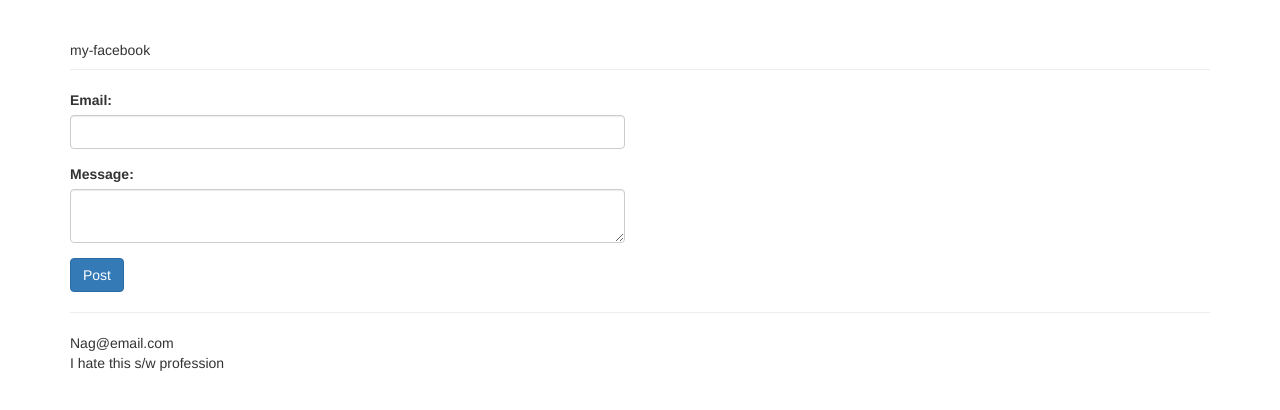
Repository: nagabhushanamn/itc-batch
Page: new/my-facebook/WebContent/index.html
These files come from the project's save history. The page is drawn as it stood at one moment and after the next save; the edit follows.
The browser window is 1280 px wide. The pictures show the whole page.

Above is the page before, as saved 2017-03-18 10:38:29.

After the next save:
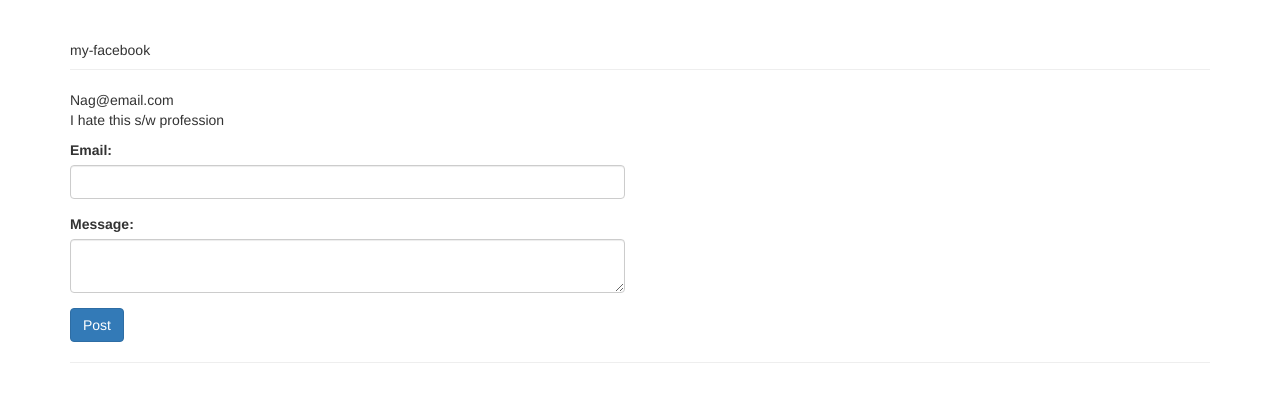
Saved 22 s later.
--- a/new/my-facebook/WebContent/index.html
+++ b/new/my-facebook/WebContent/index.html
@@ -8,6 +8,13 @@
 <body class="container">
 
 	<div class="page-header">my-facebook</div>
+
+	<div>
+		<div>
+			<span>Nag@email.com</span>
+			<p>I hate this s/w profession</p>
+		</div>
+	</div>
 
 	<div class="row">
 		<div class="col-sm-6">
@@ -26,12 +33,7 @@
 	</div>
 	<hr/>
 
-	<div>
-		<div>
-			<span>Nag@email.com</span>
-			<p>I hate this s/w profession</p>
-		</div>
-	</div>
+
 
 
 
